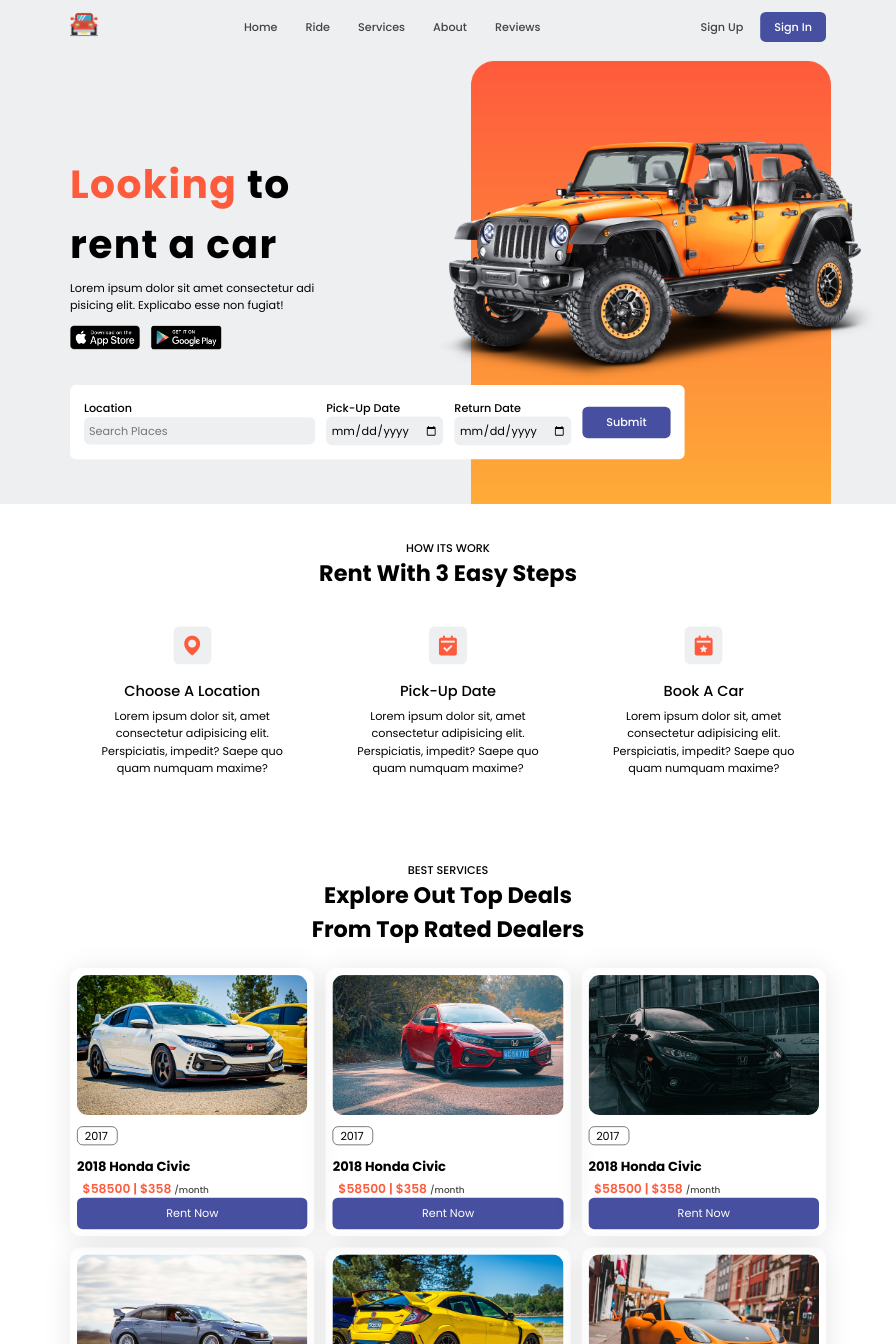
Repository: douglasabnovato/transportation
Page: index.html
An editor plug-in stored every save of this project. The page is shown before and after the next save, followed by the edit.
The browser window is 1280 px wide. The pictures show the part of the page from y = 0 to 1920 px (the page is 3502 px tall), at 70% of full size.

Above is the page before, as saved 2025-05-19 00:19:42.

After the next save:
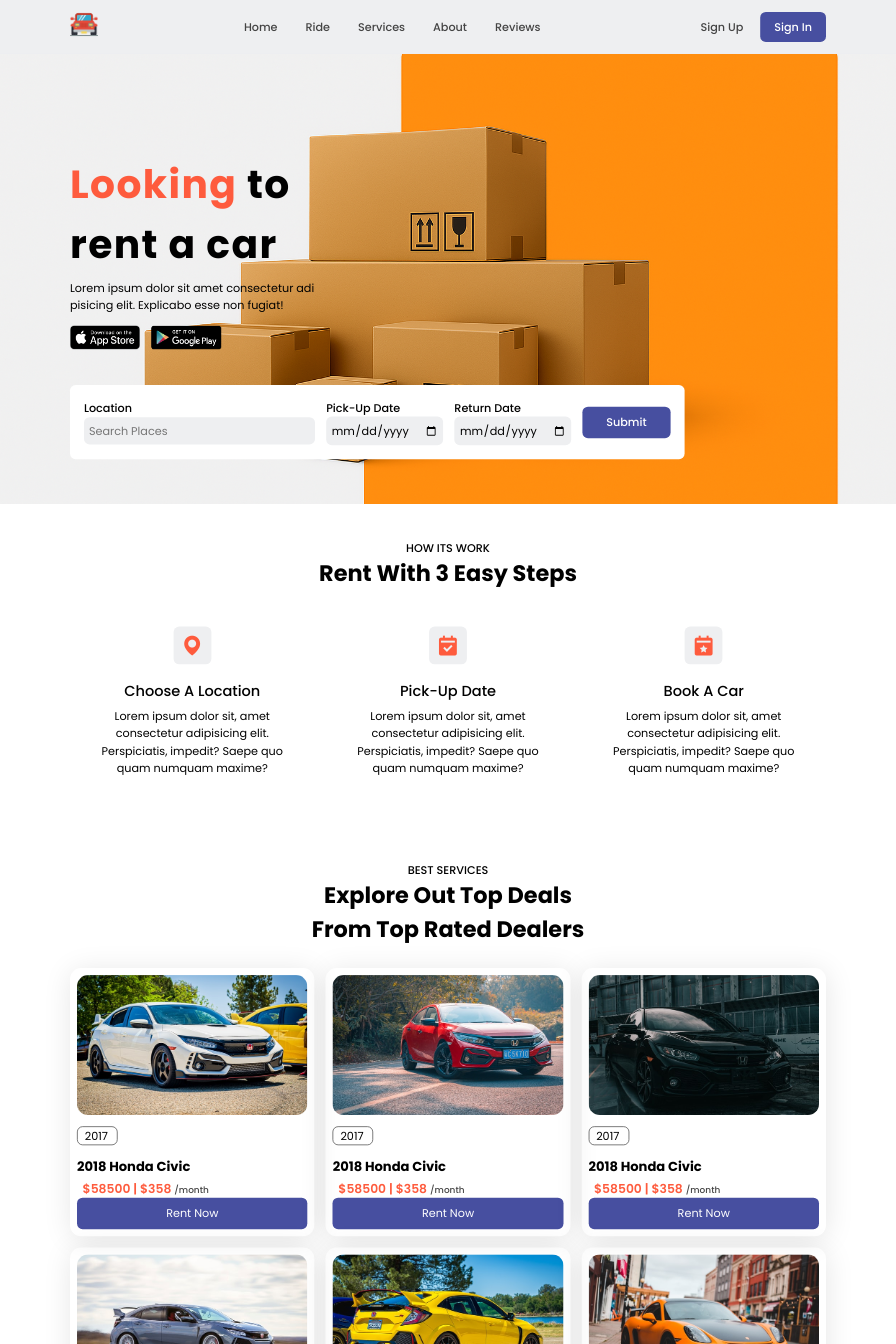
Saved 11 min 53 s later.
--- a/style.css
+++ b/style.css
@@ -112,7 +112,7 @@
   width: 100%;
   min-height: 100vh;
   position: relative;
-  background: url(./assets/Car\ Website\ –\ 1@2x.png);
+  background: url(./assets/images-t/transportar-caixas/banner-caixas.png);
   background-repeat: no-repeat;
   background-position: center right;
   background-size: cover;
